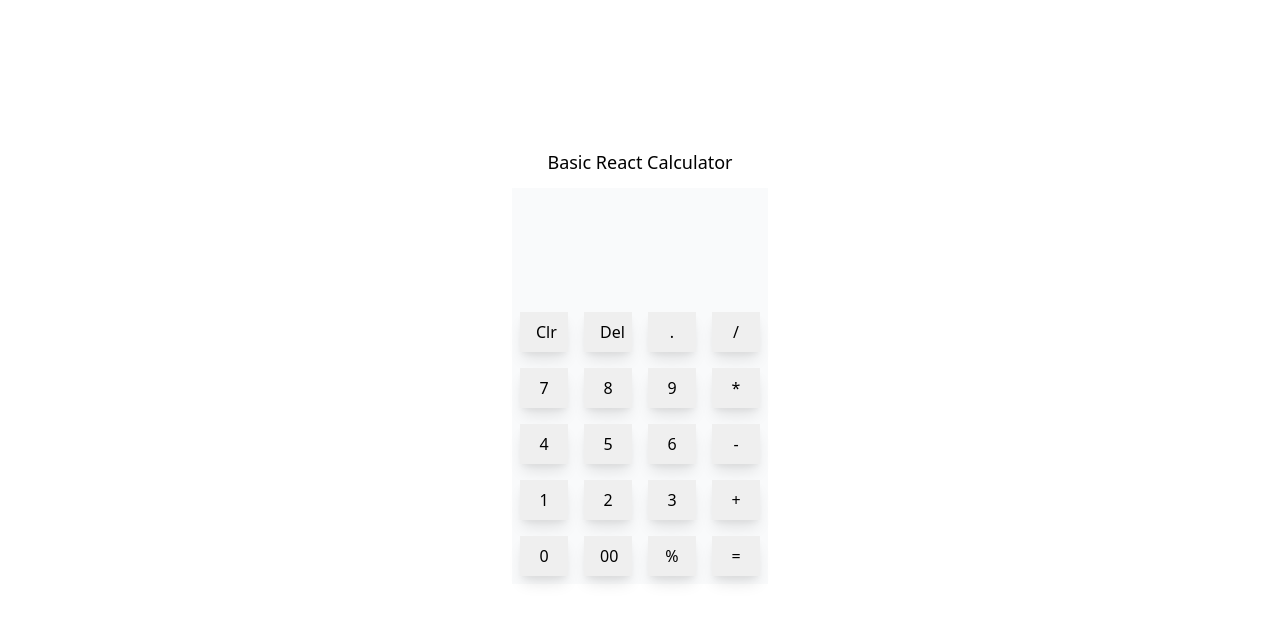
Repository: latenightsnacc/React-Calculator
Page: / (app in docs/react-calculator/)
An editor plug-in stored every save of this project. The page is shown before and after the next save, followed by the edit.
The browser window is 1280 px wide. The pictures show the whole page.
The project was rebuilt for these pictures with package versions that can differ from the ones it lists, and the page was loaded fresh each time. Also part of the build but not shown: docs/react-calculator/craco.config.js.

Above is the page before, as saved 2021-11-11 15:59:32.

After the next save:
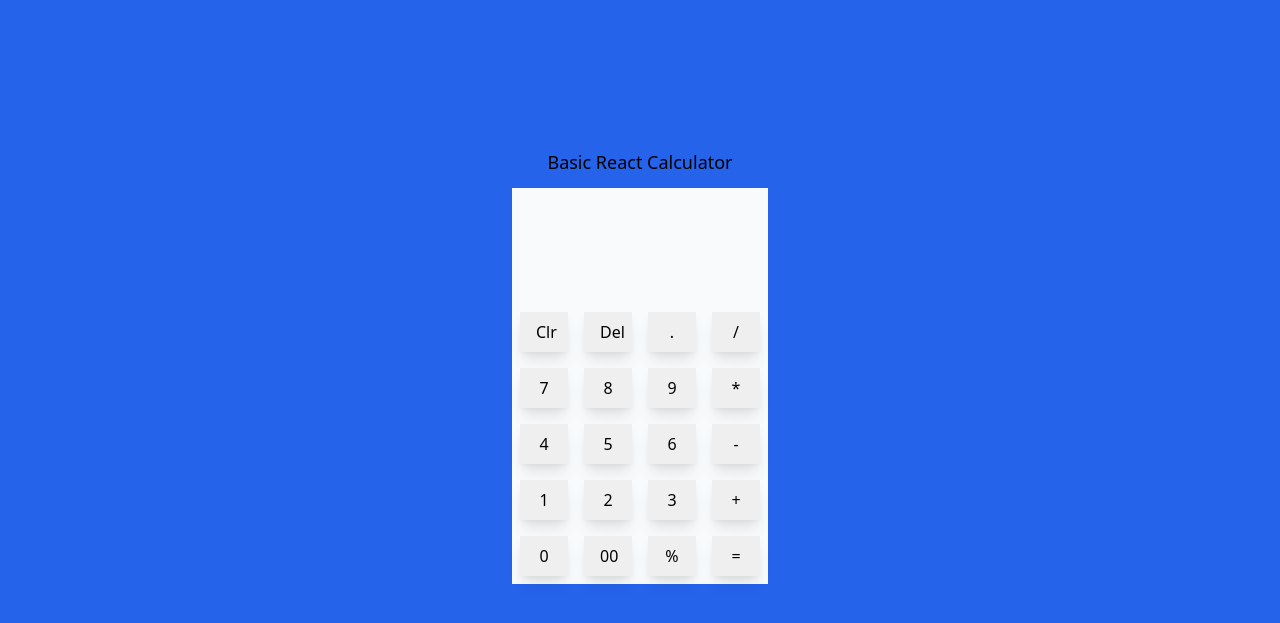
Saved 19 s later.
--- a/docs/react-calculator/src/components/Calculator.js
+++ b/docs/react-calculator/src/components/Calculator.js
@@ -6,7 +6,7 @@ import Button from './Button'
 class Calculator extends Component {
     render() {
         return (
-            <div className="w-full h-screen flex flex-col justify-center items-center">
+            <div className="bg-blue-600 w-full h-screen flex flex-col justify-center items-center">
                 <CalculatorTitle value="Basic React Calculator" />
                 <div className="bg-gray-50">
                     <CalculatorScreen />
